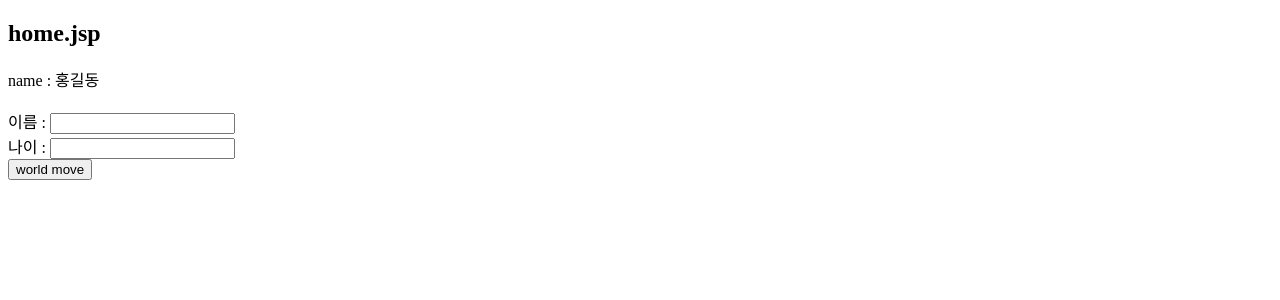
Repository: SanBu599/springFrameWorktest
Page: http://localhost/springSample2/home.do
An editor plug-in stored every save of this project. The page is shown before and after the next save, followed by the edit.
The browser window is 1280 px wide. The pictures show the whole page.
The page is served by Tomcat 9. Other server files are loaded and not shown.

Above is the page before, as saved 2023-07-11 05:42:58.

### springSample2/src/main/webapp/WEB-INF/views/home.jsp
<%@ page language="java" contentType="text/html; charset=UTF-8"
    pageEncoding="UTF-8"%>
<!DOCTYPE html>
<html>
<head>
<meta charset="UTF-8">
<title>Insert title here</title>
</head>
<body>
<h2>home.jsp</h2>


<%
	String name = (String)request.getAttribute("name");
%>
name : <%=name %>

<br><br>

<form action="world.do" method="post">
이름 : <input type="text" name="name"><br>
나이 : <input type="text" name="age"><br>
<input type="submit" value="world move">

<!--
	<a

	location.href
-->

</form>
</body>
</html>

After the next save:
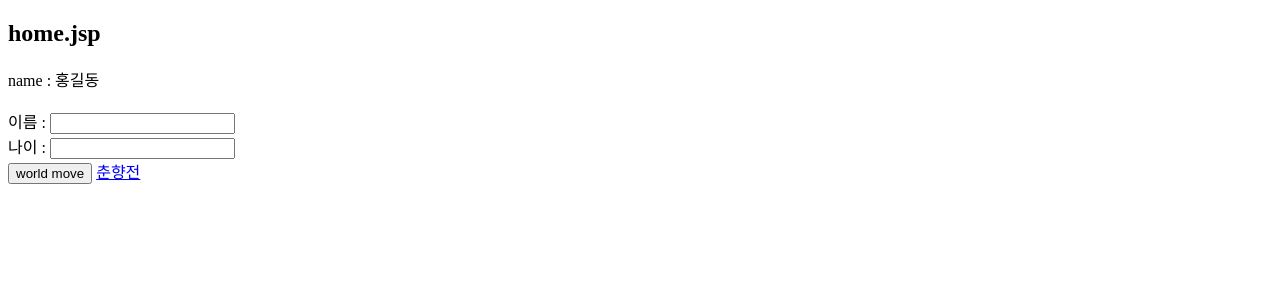
Saved 49 s later.
--- a/springSample2/src/main/webapp/WEB-INF/views/home.jsp
+++ b/springSample2/src/main/webapp/WEB-INF/views/home.jsp
@@ -22,6 +22,8 @@
 나이 : <input type="text" name="age"><br>
 <input type="submit" value="world move">
 
+<a href = "world.do?name="성춘향&age=16">춘향전</a>
+
 <!--
 	<a
 
